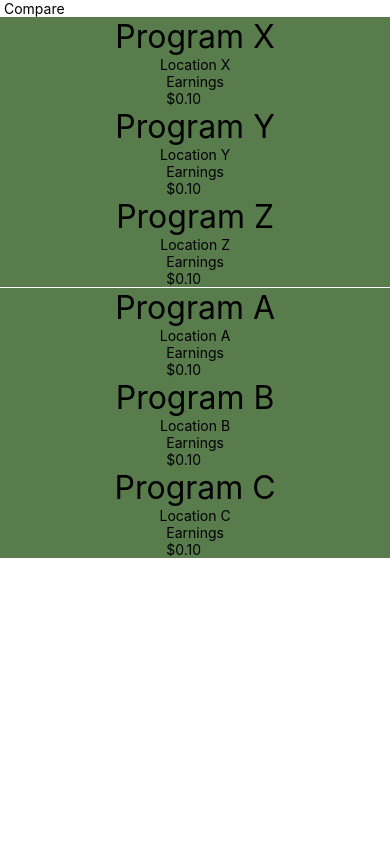
Repository: ct-pham/COMP4511
Screen: / (app in comp4511/)
An editor plug-in stored every save of this project. The screen is shown before and after the next save, followed by the edit.
The app was drawn by React Native's web renderer in a window 390 px wide. The project was rebuilt for these pictures with package versions that can differ from the ones it lists, and the page was loaded fresh each time. Also part of the build but not shown: comp4511/Components/Homepage.js, comp4511/Components/AllEarnings.js, comp4511/Components/ProgramEarnings.js, comp4511/Components/Register.js, comp4511/Components/Login.js.

Above is the screen before, as saved 2022-11-09 18:47:49.

### comp4511/App.js
import React, {useState} from 'react';
import { StatusBar } from 'expo-status-bar';
import { StyleSheet, Text, View } from 'react-native';
import { NavigationContainer } from '@react-navigation/native';
import { createNativeStackNavigator } from '@react-navigation/native-stack';
import Homepage from './Components/Homepage';
import AllEarnings from './Components/AllEarnings';
import ProgramEarnings from './Components/ProgramEarnings';
import Register from './Components/Register';
import Login from './Components/Login';
import Compare from './Components/compareProgram/Compare';

const Stack = createNativeStackNavigator();


export default function App() {
  return (
    // <NavigationContainer>
    //   <Stack.Navigator>
    //     <Stack.Screen name="Register" component={Register} />
    //     <Stack.Screen name="Login" component={Login} />
    //     <Stack.Screen name="Home" component={Homepage}/>
    //     <Stack.Screen name="AllEarnings" component={AllEarnings}/>
    //     <Stack.Screen name="ProgramEarnings" component={ProgramEarnings}/>
    //   </Stack.Navigator>
    // </NavigationContainer>
    <Compare/>
  );
}

### comp4511/Components/compareProgram/Compare.js
import {
    StyleSheet,
    Text,
    SafeAreaView,
    statusBar,
    FlatList,
} from 'react-native';
import Items from './Items';

import ProgramDetails from './ProgramDetails';

export default function Compare() {
    return (
        <SafeAreaView style={styles.container}>
            <Text> Compare</Text>
            <FlatList
                data = {ProgramDetails}
                renderItem={({ item }) => <Items item = {item} />}
                showsVerticalScrollIndicator

            />
        </SafeAreaView>
    );
}

const styles = StyleSheet.create({

});

### comp4511/Components/compareProgram/Items.js
import {
    View,
    Text,
    StyleSheet,
    Image,
    useWindowDimensions,
    TouchableOpacity,
    StatusBar,
} from 'react-native';
import { useState } from 'react';


export default function Items ({item}) {

    const { width } = useWindowDimensions();
    return (
        <View style={ styles.container}>

            <View style = {[styles.programContainer, {width}]}>
                <Text style = {styles.title}>{item.title}</Text>
                <Text style = {styles.location}>{item.location}</Text>

                <View>
                    <Text style = {styles.Earnings}>{item.Earning}</Text>
                    <Text style = {styles.Total}>{item.Total}</Text>

                </View>
            </View>

        </View>
    )
}

const styles = StyleSheet.create({
    container: {
        flex: 1,
        marginTop: StatusBar.currentHeight || 0,


      },
    item: {
        padding: 20,
        marginVertical: 8,
        marginHorizontal: 16,
      },
    title: {
        fontSize: 32,
      },
    programContainer: {
        backgroundColor: '#587C4B',
        alignItems: 'center',
        margin: 0.1,
    },

});

### comp4511/Components/compareProgram/ProgramDetails.js
export default [
    {
        id: '1',
        title: 'Program X',
        location: 'Location X',
        Earning: 'Earnings',
        Total: '$0.10',

    },
    {
        id: '2',
        title: 'Program Y',
        location: 'Location Y',
        Earning: 'Earnings',
        Total: '$0.10',

    },
    {
        id: '3',
        title: 'Program Z',
        location: 'Location Z',
        Earning: 'Earnings',
        Total: '$0.10',

    },
    {
        id: '4',
        title: 'Program A',
        location: 'Location A',
        Earning: 'Earnings',
        Total: '$0.10',

    },
    {
        id: '5',
        title: 'Program B',
        location: 'Location B',
        Earning: 'Earnings',
        Total: '$0.10',

    },
    {
        id: '6',
        title: 'Program C',
        location: 'Location C',
        Earning: 'Earnings',
        Total: '$0.10',
    }

]

After the next save:
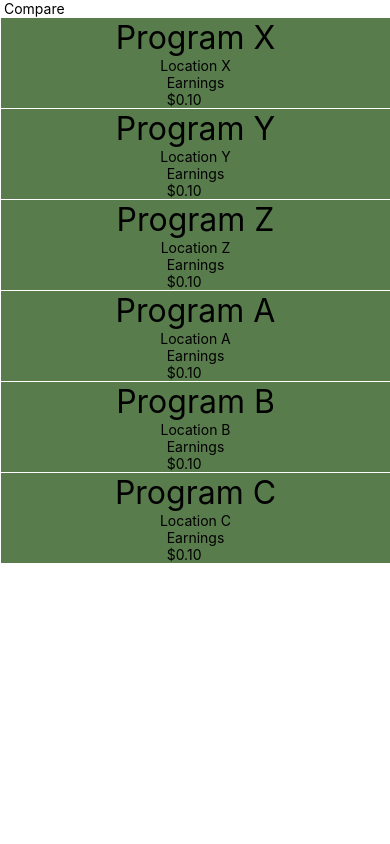
Saved 8 s later.
--- a/comp4511/Components/compareProgram/Items.js
+++ b/comp4511/Components/compareProgram/Items.js
@@ -49,7 +49,7 @@ const styles = StyleSheet.create({
     programContainer: {
         backgroundColor: '#587C4B',
         alignItems: 'center',
-        margin: 0.1,
+        margin: 0.5,
     },
 
 });
